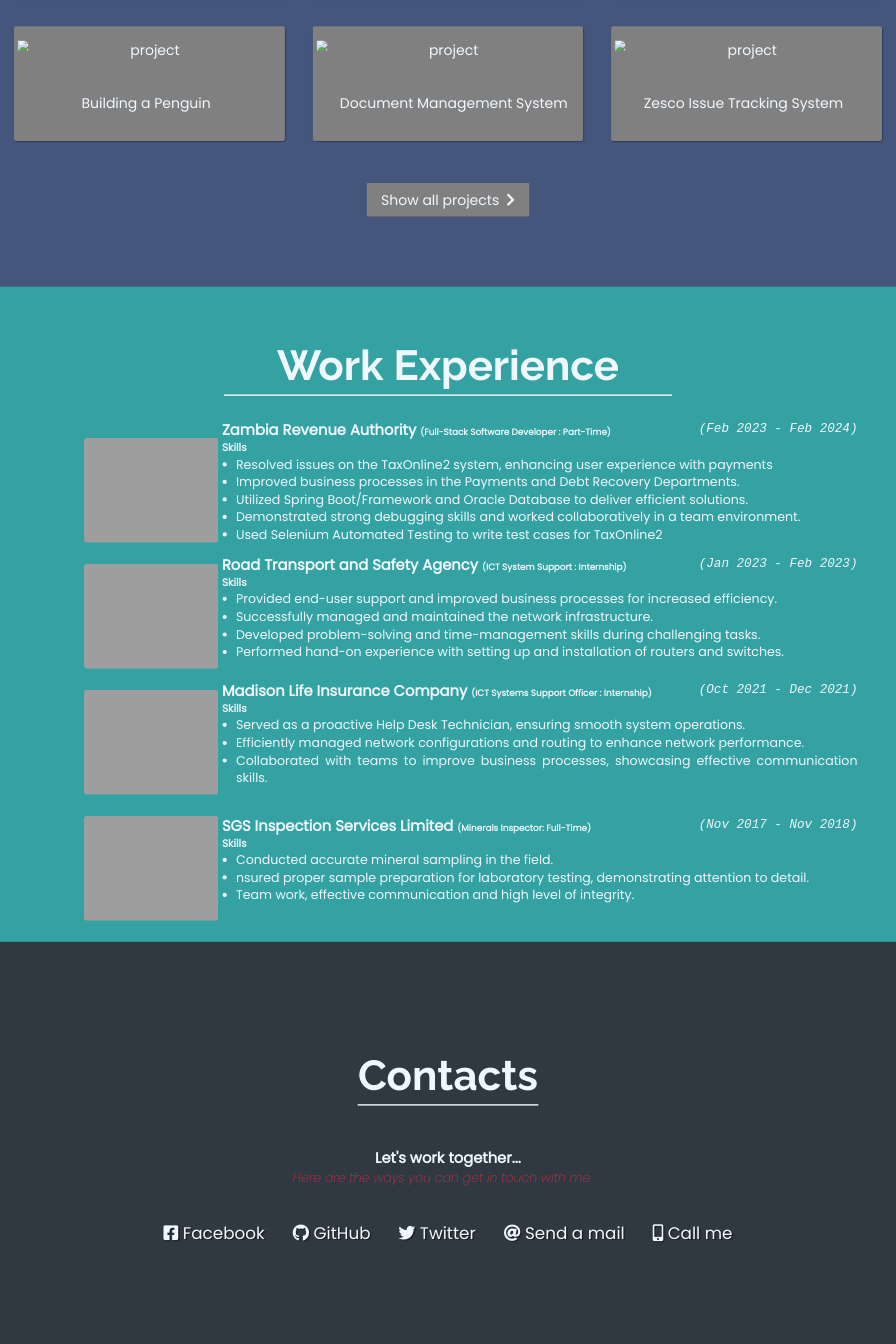
Repository: Lungdjos/personal_portifolio
Page: html/index.html
These files come from the project's save history. The page is drawn as it stood at one moment and after a run of saves; the edit follows.
The browser window is 1280 px wide. The pictures show the part of the page from y = 1188 to 3108 px (the page is 3214 px tall), at 70% of full size.
Pictures or frames that could not be fetched are drawn as grey boxes. Some web libraries are served in a nearby version.

Above is the page before, as saved 2024-02-04 02:51:12.

### html/index.html
<!DOCTYPE html>
<html lang="en">

<head>
    <meta charset="UTF-8">
    <meta name="viewport" content="width=device-width, initial-scale=1.0">
    <title>Personal Portifolio</title>
    <link rel="stylesheet" href="/css/styles.css">
    <link rel="stylesheet" href="https://use.fontawesome.com/releases/v5.8.2/css/all.css" integrity="sha384-oS3vJWv+0UjzBfQzYUhtDYW+Pj2yciDJxpsK1OYPAYjqT085Qq/1cq5FLXAZQ7Ay" crossorigin="anonymous">
    <link href="https://fonts.googleapis.com/css?family=Poppins:200i,300,400&amp;display=swap" rel="stylesheet">
    <link href="https://fonts.googleapis.com/css?family=Raleway:700&amp;display=swap" rel="stylesheet">
    <script src="edge-extension://ajdpfmkffanmkhejnopjppegokpogffp/assets/prompt.js"></script>
</head>

<body>
    <header class="header">
        <nav id="navbar">
            <ul class="nav-list">
                <li><a href="#welcome-section" class="nav-link"><i class=""></i>Home</a></li>
                <li>
                    <a href="#project-section" class="nav-link"> <i class=""></i>Projects</a>
                </li>
                <li>
                    <a href="#work-experience-section" class="nav-link"> <i class=""></i>Experience</a>
                </li>
                <li><a href="#contact-section" class="nav-link"><i class=""></i>Contacts</a></li>
            </ul>
        </nav>
    </header>
    <main class="m-3">
        <div id="spacer"></div>
        <section class="home" id="welcome-section">
            <div id="welcome-section">
                <h1 id="title">Hi there, I am Lungu</h1>
                <p id="sub-title"><span>a</span> <span>full-stack</span> <span>software</span> <span>developer</span></p>
            </div>
        </section>

        <div id="spacer"></div>
        <section class="project-section" id="project-section">
            <h1 id="project-heading" class="heading">Here are some Projects I have done</h1>

            <div class="project-grid">
                <a href="#" target="_blank" class="project project-title">
                    <img class="project-image" src="" alt="project">
                    <p class="project-title">
                        <span class="code">&lt;</span>Technical Document Page
                        <span class="code">/&gt;</span>
                    </p>
                </a>

                <a href="#" target="_blank" class="project project-title">
                    <img class="project-image" src="" alt="project">
                    <p class="project-title">
                        <span class="code">&lt;</span> Piano
                        <span class="code">/&gt;</span>
                    </p>
                </a>

                <a href="#" target="_blank" class="project project-title">
                    <img class="project-image" src="" alt="project">
                    <p class="project-title">
                        <span class="code">&lt;</span> Tribute Page
                        <span class="code">/&gt;</span>
                    </p>
                </a>

                <a href="#" target="_blank" class="project project-title">
                    <img class="project-image" src="" alt="project">
                    <p class="project-title">
                        <span class="code">&lt;</span> Building a Penguin
                        <span class="code">/&gt;</span>
                    </p>
                </a>

                <a href="#" target="_blank" class="project project-title">
                    <img class="project-image" src="" alt="project">
                    <p class="project-title">
                        <span class="code">&lt;</span> Document Management System
                        <span class="code">/&gt;</span>
                    </p>
                </a>

                <a href="#" target="_blank" class="project project-title">
                    <img class="project-image" src="" alt="project">
                    <p class="project-title">
                        <span class="code">&lt;</span> Zesco Issue Tracking System
                        <span class="code">/&gt;</span>
                    </p>
                </a>
            </div>

            <a href="#" class="btn btn-show-all" target="_blank">Show all projects<i class="fas fa-chevron-right"></i></a>
        </section>
        <div id="spacer"></div>
        <section class="work-exp-section" id="work-experience-section">
            <h1 class="heading work-exp-heading">Work Experience</h1>
            <div id="grid">
                <div id="icon"><img src="https://th.bing.com/th?id=OIP.rCZtK_dDgujHTn0u4EiHUwHaEX&w=325&h=191&c=8&rs=1&qlt=90&o=6&pid=3.1&rm=2" alt="icon"></div>
                <div class="experience">
                    <div class="title-exp">
                        <h3>Zambia Revenue Authority <small>(Full-Stack Software Developer : Part-Time)</small></h3>
                        <code>(Feb 2023 - Feb 2024)</code>
                    </div>

                    <h5 class="skills">Skills</h5>
                    <p>
                        <ul>
                            <li>Resolved issues on the TaxOnline2 system, enhancing user experience with payments</li>
                            <li>Improved business processes in the Payments and Debt Recovery Departments.</li>
                            <li>Utilized Spring Boot/Framework and Oracle Database to deliver efficient solutions.</li>
                            <li>Demonstrated strong debugging skills and worked collaboratively in a team environment.</li>
                            <li>Used Selenium Automated Testing to write test cases for TaxOnline2</li>
                        </ul>
                    </p>
                </div>
            </div>

            <div id="grid">
                <div id="icon"><img src="https://th.bing.com/th?id=OIP.iDj6ErR_9QzKQiRz5T8xHQAAAA&w=158&h=159&c=8&rs=1&qlt=90&o=6&pid=3.1&rm=2" alt="icon"></div>
                <div class="experience">
                    <div class="title-exp">
                        <h3>Road Transport and Safety Agency <small>(ICT System Support : Internship)</small></h3>
                        <code>(Jan 2023 - Feb 2023)</code>
                    </div>

                    <h5 class="skills">Skills</h5>
                    <p>
                        <ul>
                            <li>Provided end-user support and improved business processes for increased efficiency.</li>
                            <li>Successfully managed and maintained the network infrastructure.</li>
                            <li>Developed problem-solving and time-management skills during challenging tasks.</li>
                            <li>Performed hand-on experience with setting up and installation of routers and switches.</li>
                        </ul>
                    </p>
                </div>
            </div>

            <div id="grid">
                <div id="icon"><img src="https://th.bing.com/th?id=OIP.sgcljO8ZBHyturyXo14g8wAAAA&w=216&h=103&c=8&rs=1&qlt=90&o=6&pid=3.1&rm=2" alt="icon"></div>
                <div class="experience">
                    <div class="title-exp">
                        <h3>Madison Life Insurance Company <small>(ICT Systems Support Officer : Internship)</small></h3>
                        <code>(Oct 2021 - Dec 2021)</code>
                    </div>

                    <h5 class="skills">Skills</h5>
                    <p>
                        <ul>
                            <li>Served as a proactive Help Desk Technician, ensuring smooth system operations.</li>
                            <li>Efficiently managed network configurations and routing to enhance network performance.</li>
                            <li>Collaborated with teams to improve business processes, showcasing effective communication skills.</li>
                        </ul>
                    </p>
                </div>
            </div>

            <div id="grid">
                <div id="icon"><img src="https://th.bing.com/th?id=OIP.TdyvCMy5NlyppvpqZwovrAHaE8&w=306&h=204&c=8&rs=1&qlt=90&o=6&pid=3.1&rm=2" alt="icon"></div>
                <div class="experience">
                    <div class="title-exp">
                        <h3>SGS Inspection Services Limited <small>(Minerals Inspector: Full-Time)</small></h3>
                        <code>(Nov 2017 - Nov 2018)</code>
                    </div>

                    <h5 class="skills">Skills</h5>
                    <p>
                        <ul>
                            <li>Conducted accurate mineral sampling in the field.</li>
                            <li>nsured proper sample preparation for laboratory testing, demonstrating attention to detail.</li>
                            <li>Team work, effective communication and high level of integrity.</li>
                        </ul>
                    </p>
                </div>
            </div>
        </section>
        <div id="spacer"></div>
        <section class="contact-section" id="contact-section">
            <h1 class="heading contacts-heading">Contacts</h1>
            <div class="contact-section-header">
                <h3>Let's work together...</h3>
                <p>Here are the ways you can get in touch with me <i class="fa-duotone fa-phone"></i></p>
            </div>
            <div id="contact-links">
                <a href="https://facebook.com/freecodecamp" target="_blank" class="btn contact-details"><i class="fab fa-facebook-square"></i> Facebook</a>
                <a id="profile-link" href="https://github.com/freecodecamp" target="_blank" class="btn contact-details"><i class="fab fa-github"></i> GitHub</a>
                <a href="https://twitter.com/freecodecamp" target="_blank" class="btn contact-details"><i class="fab fa-twitter"></i> Twitter</a>
                <a href="mailto:example@example.com" class="btn contact-details"><i class="fas fa-at"></i> Send a mail</a>
                <a href="tel:555-555-5555" class="btn contact-details"><i class="fas fa-mobile-alt"></i> Call me</a>
            </div>
        </section>
    </main>
    <footer>
        <ul>
            <li><a href="">Privacy</a></li>
            <li><a href="">Contacts</a></li>
            <li><a href="">About Us</a></li>
        </ul>
        <span>&REG;Radix Enterprise Ltd. &copy; 2024</span>
    </footer>
</body>

</html>

### css/styles.css
/** STYLING FOR THE PORTIFOLIO **/


/* the root selector */

:root {
    /* colors */
    --col-1: aliceblue;
    --col-2: grey;
    --col-3: orangered;
    --col-4: #be3144;
    --bc-1: #34a2a2;
    --bc-2: #0b2e28;
    --bc-3: #123b3b;
    --bc-4: #45567d;
    --bc-5: #303841;
    /* values */
}


/* general stylings */

html {
    font-size: 62.5%;
    box-sizing: border-box;
    scroll-behavior: smooth;
}

* {
    margin: 0;
    padding: 0;
}


/* box-sizing and font sizing */

*,
*::before,
*::after {
    box-sizing: inherit;
}


/* body styling */

body {
    font-family: 'Poppins', sans-serif;
    font-size: 1.8rem;
    font-weight: 400;
    line-height: 1.4;
    color: var(--col-1);
    background-color: var(--bc-1);
}


/* headings styling */

h1,
h2 {
    font-family: 'Raleway', sans-serif;
    font-weight: 600;
    text-align: center;
}

h1 {
    font-size: 6rem;
}

h2 {
    font-size: 4.2rem;
}


/* List and anchor styling */

ul {
    list-style: none;
}

a {
    color: var(--col-1);
    text-decoration: none;
}

img {
    display: block;
    width: 100%;
}


/** NAVIGATION BAR */


/* nav bar styling */

nav {
    font-weight: 600;
}

.header {
    display: flex;
    justify-content: flex-end;
    position: fixed;
    top: 0;
    left: 0;
    width: 100%;
    box-shadow: 0 2px 0 rgba(0, 0, 0, 0.4);
    z-index: 10;
    background-color: var(--bc-2);
}

nav>ul {
    display: flex;
    margin-right: 2rem;
    text-transform: uppercase;
}

.nav-list a {
    display: block;
    font-size: 2.2rem;
    padding: 2rem;
}

.nav-list a:hover {
    background: var(--bc-4);
}

.nav-list a:visited {
    border-bottom: .2rem solid #ff6347;
}


/* body styling */

#spacer {
    max-width: 1000px;
    width: 100%;
    margin: 0 auto;
}

main li {
    list-style-type: disc;
}


/** HOME PAGE */


/* Styling or the Home Page */

.home {
    width: 100%;
    height: 100vh;
    display: flex;
    flex-direction: column;
    justify-content: center;
    align-items: center;
    background: inherit;
    background-image: linear-gradient(62deg, #3a3d40 0%, #181719 100%);
}

#welcome-section>p {
    font-size: 3rem;
    font-weight: 200;
    font-style: italic;
    color: #d0a;
}

#title {
    transform-origin: center;
    animation: rotateAndChangeColor 14s infinite ease-in-out;
}

#sub-title {
    text-indent: 10px;
}

#sub-title span {
    display: inline-block;
    animation: fallAnimation 4s infinite ease-in-out forwards;
}


/** PROJECTS */


/* styling for projects */

.project-section {
    text-align: center;
    padding: 10rem 2rem;
    background: var(--bc-4);
}

.heading {
    max-width: 640px;
    margin: 0 auto 6rem auto;
    border-bottom: .2rem solid var(--col-1);
}


/* grids */

.project-grid {
    display: grid;
    grid-template-columns: repeat(auto-fit, minmax(360px, 1fr));
    grid-gap: 4rem;
    width: 100%;
    max-width: 1280px;
    margin: 0 auto;
    margin-bottom: 6rem;
}


/* individual projects */

.project {
    background: var(--col-2);
    box-shadow: 1px 1px 2px rgba(0, 0, 0, 0.4);
    border-radius: 3px;
}

.code {
    color: var(--col-2);
    transition: color 0.3s ease-out;
}

.project:hover .code {
    color: var(--col-3);
}

.project-image {
    height: calc(100% - 6.8rem);
    width: 100%;
    object-fit: cover;
}

.project-title {
    font-size: 2rem;
    padding: 2rem 0.5rem;
}

.btn {
    display: inline-block;
    padding: 1rem 2rem;
    border-radius: 2px;
}

.btn-show-all {
    font-size: 2rem;
    background: var(--col-2);
    transition: background 0.3s ease-out;
}

.btn-show-all:hover {
    background: var(--col-3);
}

.btn-show-all:hover>i {
    transform: translateX(2px);
}

.btn-show-all>i {
    margin-left: 10px;
    transform: translateX(0);
    transition: transform 0.3s ease-out;
}


/** WORK EXPERIENCE */

#work-experience-section {
    padding-top: 5rem;
    margin: 2rem;
}

.work-exp-section small {
    font-size: 60%;
}

#work-experience-section #icon {
    display: flex;
    flex-direction: column;
    justify-content: center;
    align-items: center;
}

#work-experience-section img {
    border-radius: 3%;
    height: 150px;
    width: 15vw;
}

#work-experience-section .experience {
    display: flex;
    flex-direction: column;
    justify-content: center;
    height: 125px;
    width: 80vw;
    padding: 5px;
}

#grid {
    display: flex;
    margin: 3rem;
    margin-left: 10rem;
}

.experience {
    text-align: justify;
}

.experience ul {
    padding-left: 2rem;
}

.skills {
    color: var(--col-1);
}

.title-exp {
    display: flex;
    justify-content: space-between;
}

.title-exp code {
    flex-direction: flex-end;
    font-style: italic;
}


/** CONTACTS */

#contact-section {
    display: flex;
    flex-direction: column;
    justify-content: center;
    align-items: center;
    text-align: center;
    padding: 0 3rem;
    width: 100%;
    height: 82vh;
    background: var(--bc-5);
}

.contact-section-header>h2 {
    font-size: 6rem;
}

.contact-section-header>p {
    font-style: italic;
    color: var(--col-4);
}

#contact-links {
    display: flex;
    justify-content: center;
    width: 100%;
    max-width: 980px;
    margin-top: 4rem;
    flex-wrap: wrap;
}

.contact-details {
    font-size: 2.4rem;
    text-shadow: 2px 2px 1px #1f1f1f;
    transition: transform 0.3s ease-out;
}

.contact-details:hover {
    transform: translateY(10px);
    color: var(--col-4);
}


/** FOOTER */


/* footer styling */

footer {
    font-weight: 300;
    padding: 2rem;
    background-color: var(--bc-3);
    border-top: 6px solid var(--bc-2);
}

footer>ul {
    display: flex;
    justify-content: flex-end;
}

footer>ul>li {
    padding: 0 12px;
}

footer>span {
    display: flex;
    justify-content: flex-end;
    margin-top: 6px;
    font-size: .9rem;
    font-weight: bold;
}


/** ANIMATIONS AND EFFECTS */


/* Welcome Page Animations */

@keyframes rotateAndChangeColor {
    0% {
        transform: rotateY(0deg);
        color: #333;
    }
    30% {
        transform: rotateY(360deg);
        color: #2e604a;
    }
    60% {
        transform: rotate(0deg);
        color: #45567d;
    }
    90% {
        transform: rotate(360deg);
        color: #ff6347;
    }
}

@keyframes fallAnimation {
    0% {
        transform: translateY(-60px);
        opacity: 0;
    }
    50% {
        transform: translateY(-60px);
        opacity: 0.4;
    }
    100% {
        transform: translateY(0);
        opacity: 1;
    }
}


/** STYLING FOR SMALL DEVICES */


/* 1200px / 16px = 75em */

@media (max-width: 75em) {
    html {
        font-size: 60%;
    }
}


/* 980px / 16px = 61.25em */

@media (max-width: 61.25em) {
    html {
        font-size: 58%;
    }
}


/* 460px / 16px = 28.75em */

@media (max-width: 28.75em) {
    html {
        font-size: 55%;
    }
}


/** NAV-BAR */


/* nav bar media queries */

@media (max-width: 28.75em) {
    #navbar {
        justify-content: center;
    }
    .nav-list {
        margin: 0 1rem;
    }
}


/** PROJECTS */


/* projects media query */

@media (max-width: 28.75em) {
    #project-heading {
        font-size: 4rem;
    }
}

@media (max-width: 30.625em) {
    .project-section {
        padding: 6rem 1rem;
    }
    .project-grid {
        grid-template-columns: 1fr;
    }
}


/** WORK EXPERIENCE */

@media (max-width: 550px) {
    #work-experience-section #icon {
        display: none;
    }
}

@media (max-width: 550px) {
    #work-experience-section .experience {
        width: 100%;
        text-align: center;
        padding: 0;
        height: 150px;
    }
}

@media (max-width: 650px) {
    #work-experience-section {
        margin-top: 0;
    }
}


/** CONTACTS */

@media (max-width: 28.75em) {
    .contact-section-header>h2 {
        font-size: 4rem;
    }
}


/** FOOTER */


/* footer */

@media (max-width: 28.75em) {
    footer {
        flex-direction: column;
        text-align: center;
    }
}

After the next 2 saves:
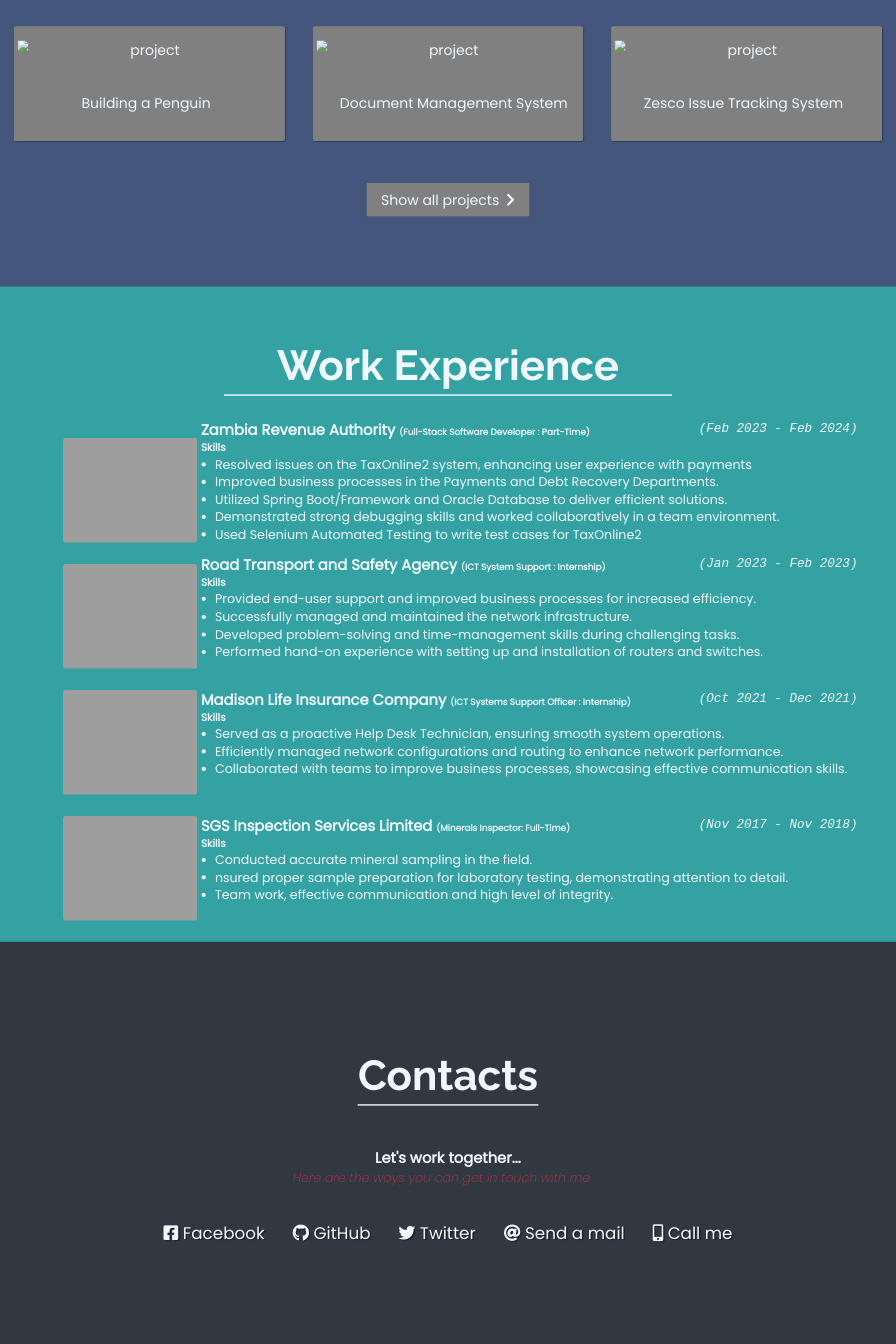
The 2 saves are shown as one change because they came seconds apart.
The last was saved 18 s later.
--- a/css/styles.css
+++ b/css/styles.css
@@ -303,7 +303,7 @@ main li {
 #grid {
     display: flex;
     margin: 3rem;
-    margin-left: 10rem;
+    margin-left: 7rem;
 }
 
 .experience {
